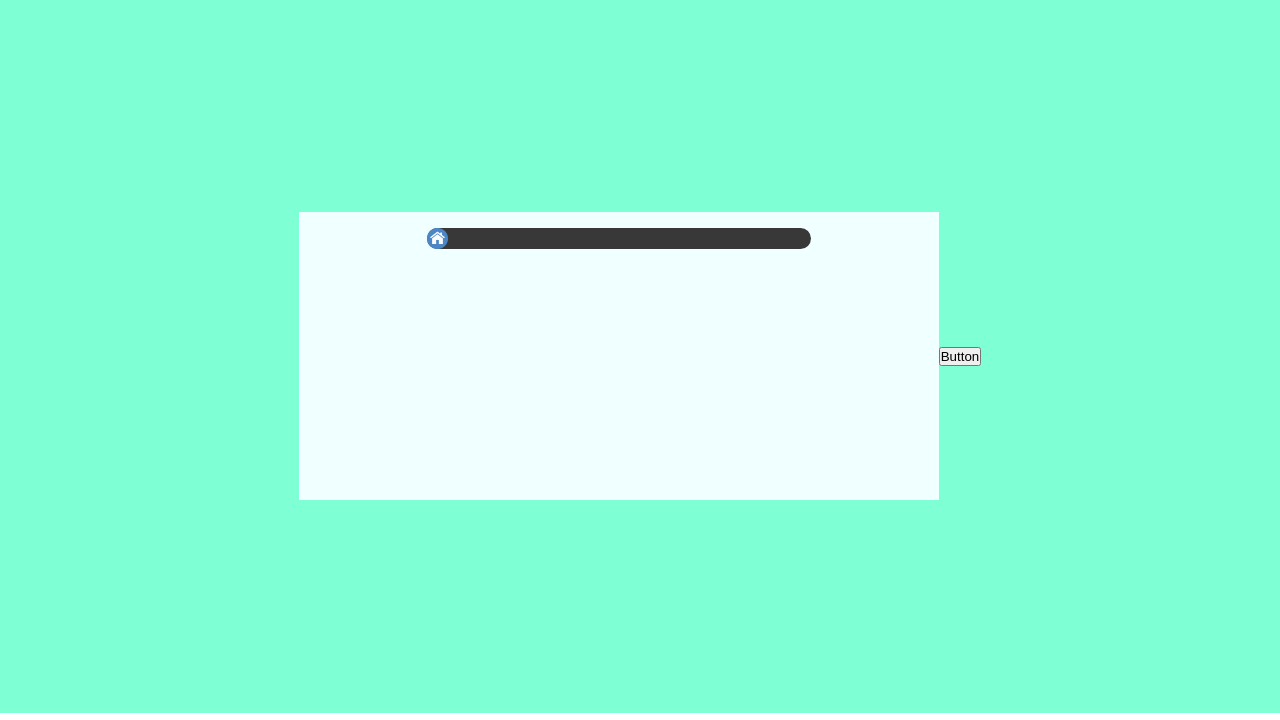
Repository: gitveerak/git-message-chat
Page: demo/demo.html
The author's editor kept a copy of each file at every save. The page is drawn from the files as they stood at one save, then again after the next save.
The browser window is 1280 px wide. The pictures show the whole page.
After loading, the first visible `button` was clicked once.

Above is the page before, as saved 2025-04-19 16:32:31.

After the next save:
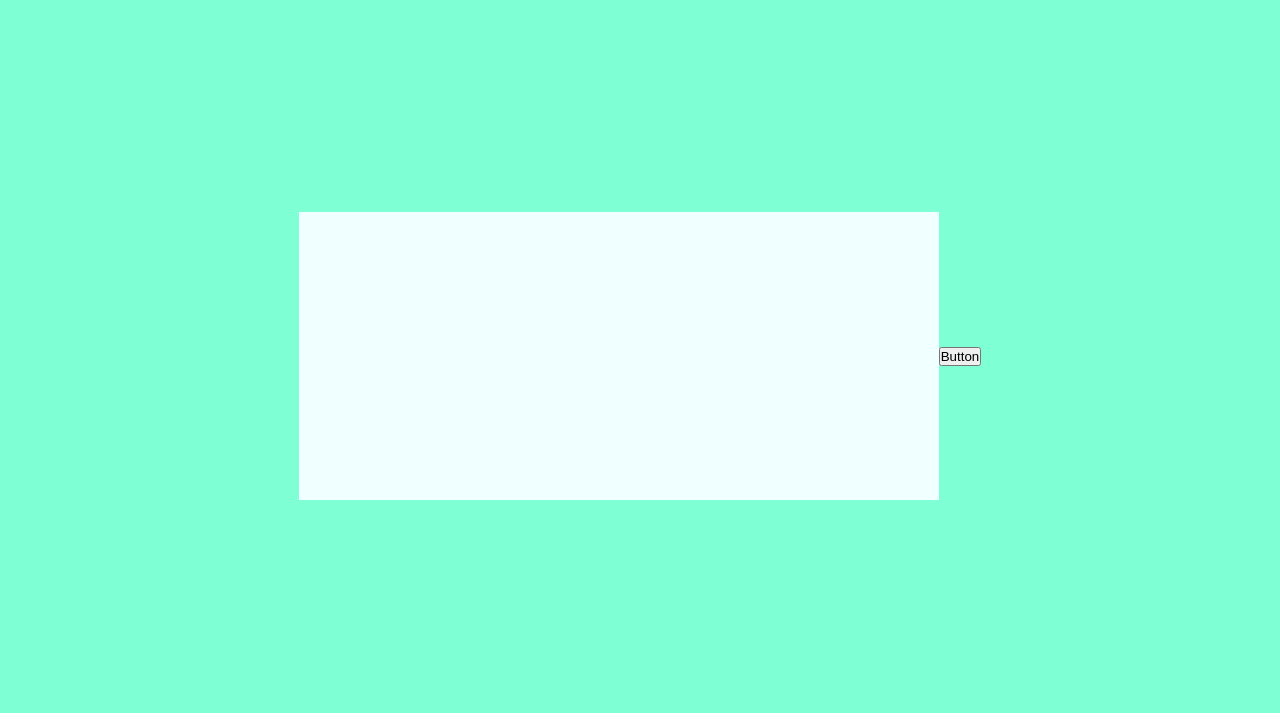
Saved 56 s later.
--- a/demo/demo.html
+++ b/demo/demo.html
@@ -94,9 +94,8 @@
     <script>
         const icon = document.querySelector('.icon');
         function btn() {
-            icon.style.display='block';
-            setInterval(() => {
-            icon.style.display='none';
+            setTimeout(() => {
+                icon.style.display='block';
             }, 6000);
         }
 

After the save that followed:
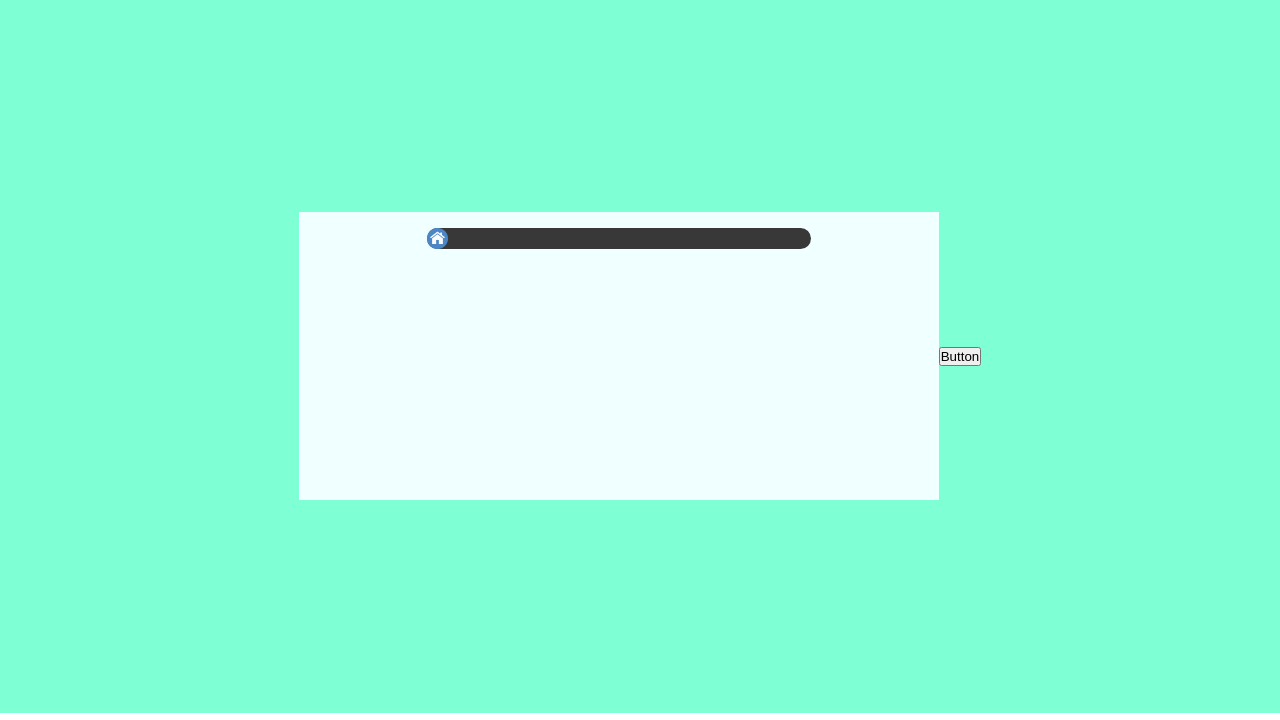
Saved 39 s later.
--- a/demo/demo.html
+++ b/demo/demo.html
@@ -94,8 +94,9 @@
     <script>
         const icon = document.querySelector('.icon');
         function btn() {
-            setTimeout(() => {
-                icon.style.display='block';
+            icon.style.display='block';
+            setInterval(() => {
+            icon.style.display='none';
             }, 6000);
         }
 
